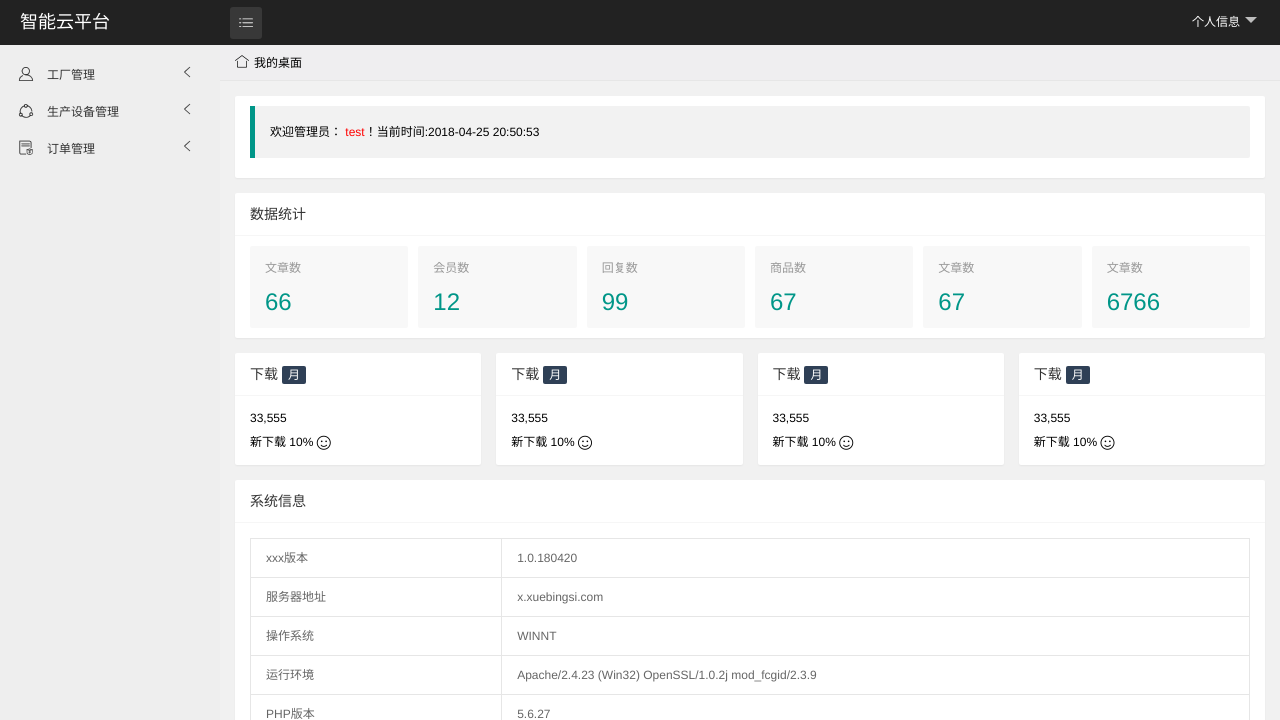
Repository: dfy777/DR-IntelligentManager
Page: IntelligentManager/src/main/resources/static/index.html
The author's editor kept a copy of each file at every save. The page is drawn from the files as they stood at one save, then again after the next save.
The browser window is 1280 px wide. The pictures show the whole page.

Above is the page before, as saved 2021-04-30 01:28:15.

After the next save:
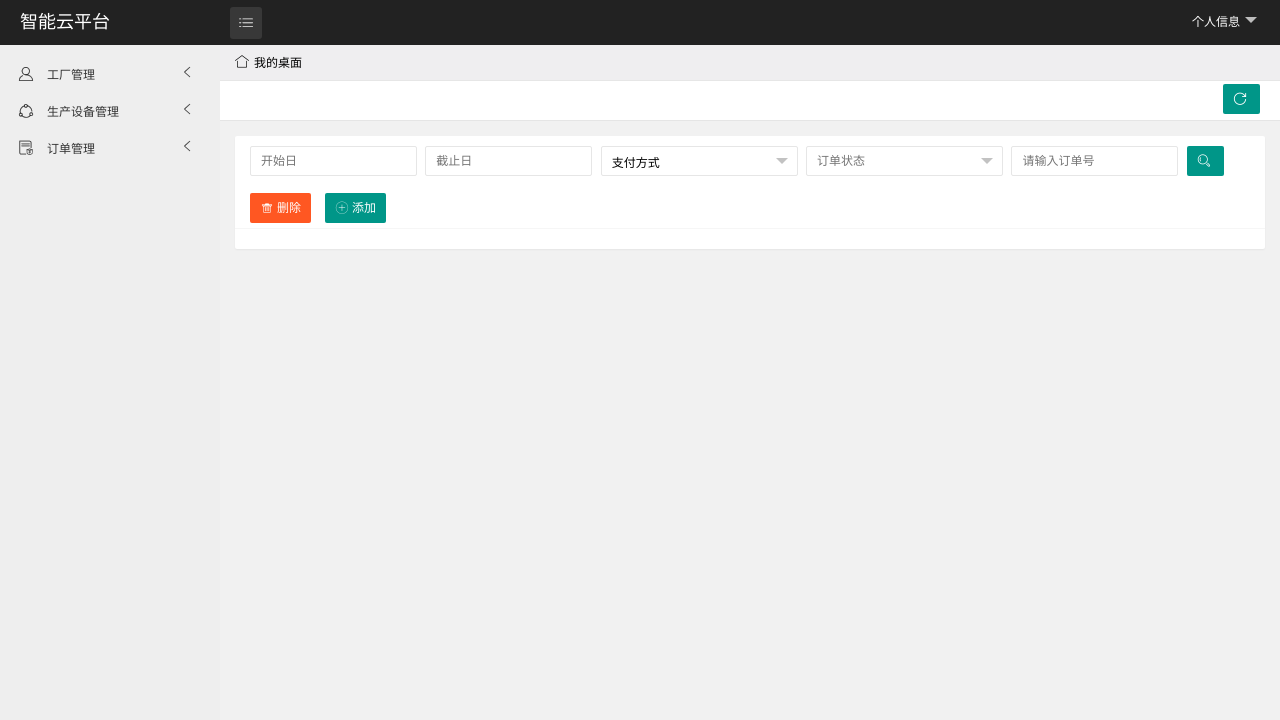
Saved 90 s later.
--- a/IntelligentManager/src/main/resources/static/index.html
+++ b/IntelligentManager/src/main/resources/static/index.html
@@ -120,7 +120,7 @@
                 </div>
                 <div class="layui-tab-content">
                     <div class="layui-tab-item layui-show">
-                        <iframe src='/welcome.html' frameborder="0" scrolling="yes" class="x-iframe"></iframe>
+                        <iframe src='factory-list.html' frameborder="0" scrolling="yes" class="x-iframe"></iframe>
                     </div>
                 </div>
                 <div id="tab_show"></div>
